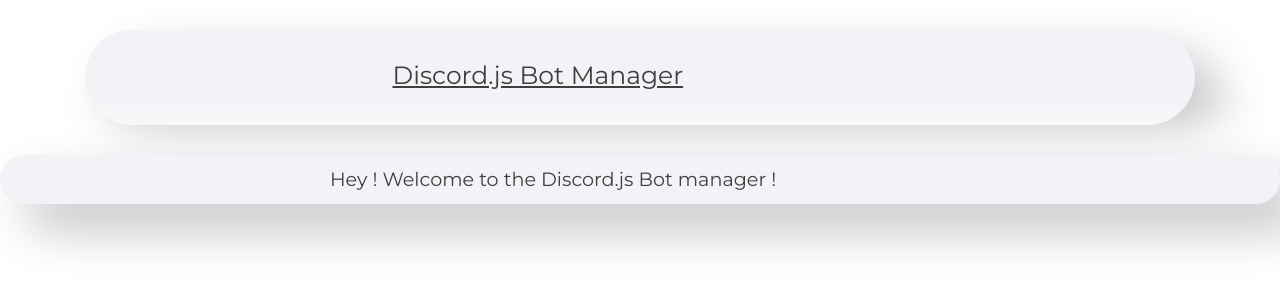
Repository: O-Schell/Discord-Bot-Manager
Page: Web_Interface/main.HTML
These files come from the project's save history. The page is drawn as it stood at one moment and after the next save; the edit follows.
The browser window is 1280 px wide. The pictures show the whole page.
The style sheet was rebuilt from its Sass, Less or Tailwind sources for each picture, by a compiler version that may differ from the author's.

Above is the page before, as saved 2020-11-24 21:18:12.

After the next save:
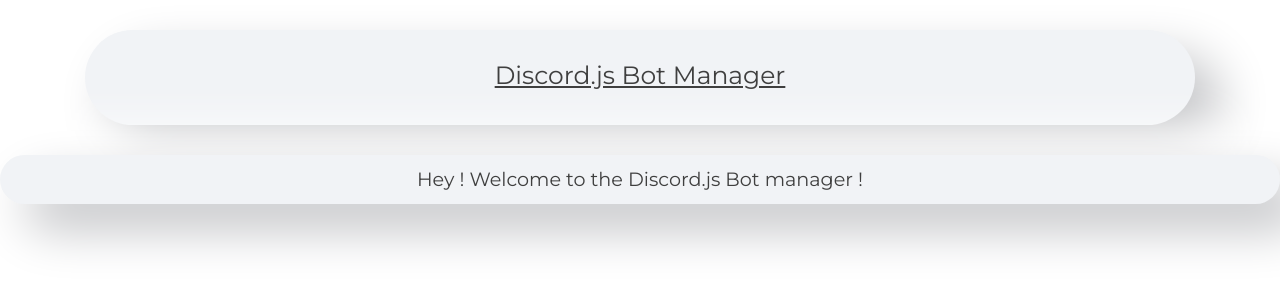
Saved 34 s later.
--- a/Web_Interface/style.scss
+++ b/Web_Interface/style.scss
@@ -14,7 +14,7 @@
 
 .center-div {
   margin: auto;
-  width: 50%;
+  width: max-content;
   padding: 10px;
 }
 
@@ -33,7 +33,6 @@
 
 .undertitle {
   font-size: 1.5vw;
-  width: max-content;
   font-family: "Montserrat";
   color: #3f3f3f;
 }
